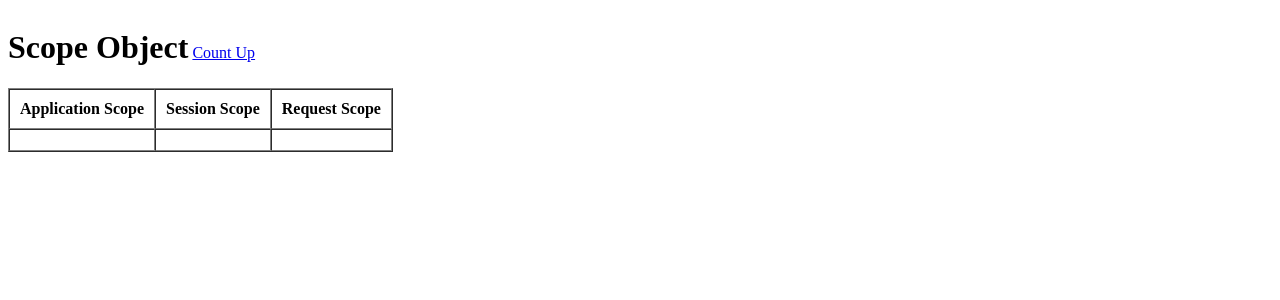
Repository: hnineiphyu-128/JavaEE_Exeercise_Lession
Page: http://localhost/04-jsp-scope/
These files come from the project's save history. The page is drawn as it stood at one moment and after the next save; the edit follows.
The browser window is 1280 px wide. The pictures show the whole page.
The page is served by Tomcat 9. Other server files are loaded and not shown.

Above is the page before, as saved 2020-12-16 09:53:15.

### 04-jsp-scope/src/main/webapp/index.jsp
<%@ page language="java" contentType="text/html; charset=ISO-8859-1"
    pageEncoding="ISO-8859-1"%>
<!DOCTYPE html>
<html>
<head>
<meta charset="ISO-8859-1">
<title>Insert title here</title>
</head>
<body>
	<h1 style="display: inline-block;"> Scope Object </h1>
	<a href="count"> Count Up </a>
	<table border="1" cellspacing="0" cellpadding="10">
		<thead>
			<tr>
				<th> Application Scope </th>
				<th> Session Scope </th>
				<th> Request Scope </th>
			</tr>
		</thead>
		<tbody>
			<tr>
				<td></td>
				<td></td>
				<td></td>
			</tr>
		</tbody>
	</table>

</body>
</html>

After the next save:
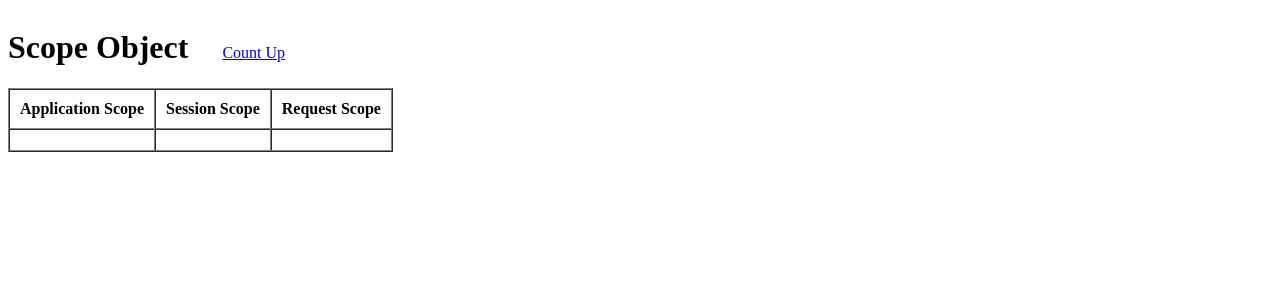
Saved 31 s later.
--- a/04-jsp-scope/src/main/webapp/index.jsp
+++ b/04-jsp-scope/src/main/webapp/index.jsp
@@ -7,7 +7,7 @@
 <title>Insert title here</title>
 </head>
 <body>
-	<h1 style="display: inline-block;"> Scope Object </h1>
+	<h1 style="display: inline-block; padding-right: 30px;"> Scope Object </h1>
 	<a href="count"> Count Up </a>
 	<table border="1" cellspacing="0" cellpadding="10">
 		<thead>
